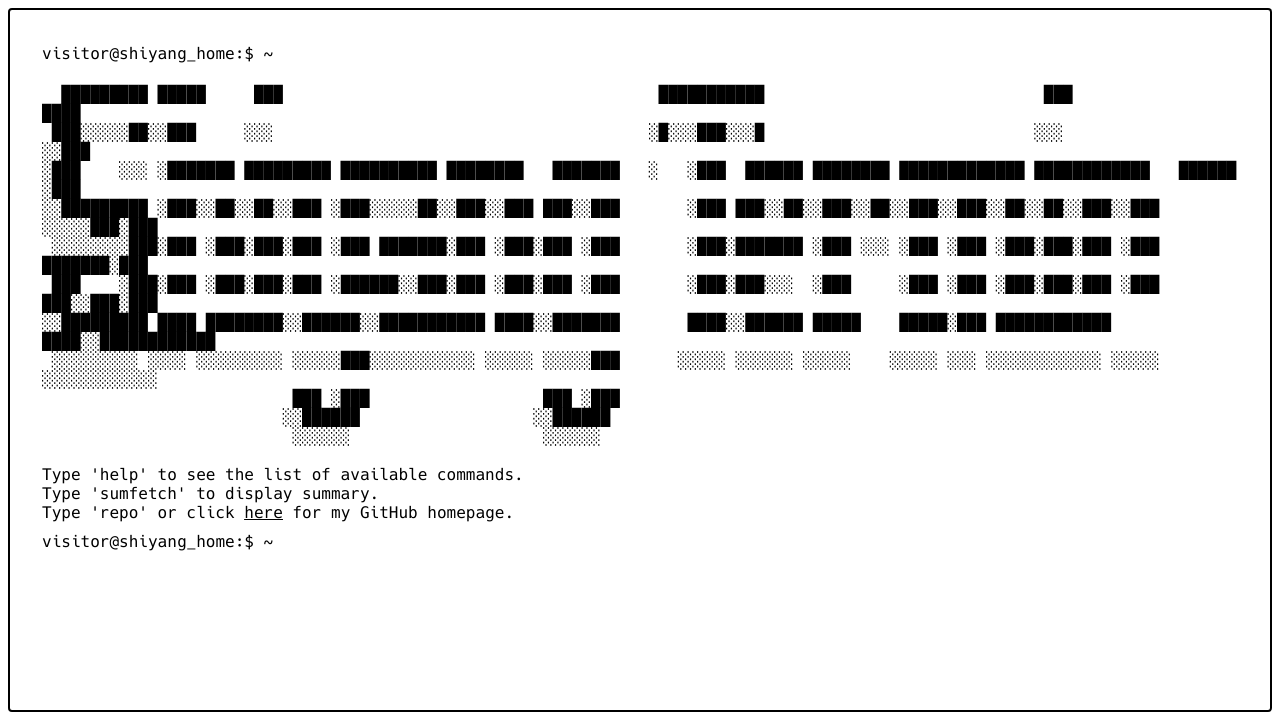
Repository: ShiyangLai/shiyanglai.github.io
Page: /
The author's editor kept a copy of each file at every save. The page is drawn from the files as they stood at one save, then again after the next save.
The browser window is 1280 px wide. The pictures show the whole page.
The project was rebuilt for these pictures with package versions that can differ from the ones it lists, and the page was loaded fresh each time. The framework's server and built-in components were replaced by stand-ins that run in the browser. Also part of the build but not shown: next.config.js, src/utils/bin/commands.ts, src/utils/api.ts, src/utils/bin/api_commands.ts, src/utils/bin/sumfetch.ts.

Above is the page before, as saved 2024-04-15 15:35:11.

### config.json
{
  "readmeUrl": "https://raw.githubusercontent.com/ShiyangLai/shiyanglai.github.io/master/src/pages/readme.txt",
  "title": "Shiyang's Terminal",
  "name": "shiyang (lucas) lai",
  "ascii": "shiyang",
  "social": {
    "github": "github",
    "linkedin": "shiyang-lai-230365213",
    "linedin_name": "shiyang-lai"
  },
  "email": "shiyanglai@uchicago.edu",
  "ps1_hostname": "shiyang_home",
  "ps1_username": "visitor",
  "repo": "https://github.com/ShiyangLai",
  "google_scholar": "https://scholar.google.com/citations?user=qALDmfcAAAAJ&hl=en",
  "resume_url": "",
  "colors": {
    "dark": {
      "terminal.background":"#FEFBEC",
      "terminal.foreground":"#6E6B5E",
      "terminalCursor.background":"#6E6B5E",
      "terminalCursor.foreground":"#6E6B5E",
      "terminal.ansiBlack":"#FEFBEC",
      "terminal.ansiBlue":"#6684E1",
      "terminal.ansiBrightBlack":"#999580",
      "terminal.ansiBrightBlue":"#6684E1",
      "terminal.ansiBrightCyan":"#1FAD83",
      "terminal.ansiBrightGreen":"#60AC39",
      "terminal.ansiBrightMagenta":"#B854D4",
      "terminal.ansiBrightRed":"#D73737",
      "terminal.ansiBrightWhite":"#20201D",
      "terminal.ansiBrightYellow":"#AE9513",
      "terminal.ansiCyan":"#1FAD83",
      "terminal.ansiGreen":"#60AC39",
      "terminal.ansiMagenta":"#B854D4",
      "terminal.ansiRed":"#D73737",
      "terminal.ansiWhite":"#6E6B5E",
      "terminal.ansiYellow":"#AE9513"
    },
    "light": {
      "terminal.background":"#FFFFFF",
      "terminal.foreground":"#333333",
      "terminalCursor.background":"#333333",
      "terminalCursor.foreground":"#333333",
      "terminal.ansiBlack":"#FFFFFF",
      "terminal.ansiBlue":"#795DA3",
      "terminal.ansiBrightBlack":"#969896",
      "terminal.ansiBrightBlue":"#795DA3",
      "terminal.ansiBrightCyan":"#183691",
      "terminal.ansiBrightGreen":"#183691",
      "terminal.ansiBrightMagenta":"#A71D5D",
      "terminal.ansiBrightRed":"#ED6A43",
      "terminal.ansiBrightWhite":"#FFFFFF",
      "terminal.ansiBrightYellow":"#795DA3",
      "terminal.ansiCyan":"#183691",
      "terminal.ansiGreen":"#183691",
      "terminal.ansiMagenta":"#A71D5D",
      "terminal.ansiRed":"#ED6A43",
      "terminal.ansiWhite":"#333333",
      "terminal.ansiYellow":"#795DA3"
    }
  }
}

### src/components/input.tsx
import React from 'react';
import { commandExists } from '../utils/commandExists';
import { shell } from '../utils/shell';
import { handleTabCompletion } from '../utils/tabCompletion';
import { Ps1 } from './Ps1';

export const Input = ({
  inputRef,
  containerRef,
  command,
  history,
  lastCommandIndex,
  setCommand,
  setHistory,
  setLastCommandIndex,
  clearHistory,
}) => {
  const onSubmit = async (event: React.KeyboardEvent<HTMLInputElement>) => {
    const commands: [string] = history
      .map(({ command }) => command)
      .filter((command: string) => command);

    if (event.key === 'c' && event.ctrlKey) {
      event.preventDefault();
      setCommand('');
      setHistory('');
      setLastCommandIndex(0);
    }

    if (event.key === 'l' && event.ctrlKey) {
      event.preventDefault();
      clearHistory();
    }

    if (event.key === 'Tab') {
      event.preventDefault();
      handleTabCompletion(command, setCommand);
    }

    if (event.key === 'Enter' || event.code === '13') {
      event.preventDefault();
      setLastCommandIndex(0);
      await shell(command, setHistory, clearHistory, setCommand);
      containerRef.current.scrollTo(0, containerRef.current.scrollHeight);
    }

    if (event.key === 'ArrowUp') {
      event.preventDefault();
      if (!commands.length) {
        return;
      }
      const index: number = lastCommandIndex + 1;
      if (index <= commands.length) {
        setLastCommandIndex(index);
        setCommand(commands[commands.length - index]);
      }
    }

    if (event.key === 'ArrowDown') {
      event.preventDefault();
      if (!commands.length) {
        return;
      }
      const index: number = lastCommandIndex - 1;
      if (index > 0) {
        setLastCommandIndex(index);
        setCommand(commands[commands.length - index]);
      } else {
        setLastCommandIndex(0);
        setCommand('');
      }
    }
  };

  const onChange = ({
    target: { value },
  }: React.ChangeEvent<HTMLInputElement>) => {
    setCommand(value);
  };

  return (
    <div className="flex flex-row space-x-2">
      <label htmlFor="prompt" className="flex-shrink">
        <Ps1 />
      </label>

      <input
        ref={inputRef}
        id="prompt"
        type="text"
        className={`bg-light-background dark:bg-dark-background focus:outline-none flex-grow ${
          commandExists(command) || command === ''
            ? 'text-dark-green'
            : 'text-dark-red'
        }`}
        value={command}
        onChange={onChange}
        autoFocus
        onKeyDown={onSubmit}
        autoComplete="off"
        spellCheck="false"
      />
    </div>
  );
};

export default Input;

### src/components/history/History.tsx
import React from 'react';
import { History as HistoryInterface } from './interface';
import { Ps1 } from '../Ps1';

export const History: React.FC<{ history: Array<HistoryInterface> }> = ({
  history,
}) => {
  return (
    <>
      {history.map((entry: HistoryInterface, index: number) => (
        <div key={entry.command + index}>
          <div className="flex flex-row space-x-2">
            <div className="flex-shrink">
              <Ps1 />
            </div>

            <div className="flex-grow">{entry.command}</div>
          </div>

          <p
            className="whitespace-pre-wrap mb-2"
            style={{ lineHeight: 'normal' }}
            dangerouslySetInnerHTML={{ __html: entry.output }}
          />
        </div>
      ))}
    </>
  );
};

export default History;

Loaded but not shown: src/pages/_app.tsx (common file); src/pages/index.tsx (common file); src/styles/global.css (common file); src/components/history/hook.ts (common file); src/utils/bin/index.ts (common file); src/utils/commandExists.ts (common file); src/utils/shell.ts (common file); src/utils/tabCompletion.ts (common file); src/components/Ps1.tsx (common file); tailwind.config.js (common file)

After the next save:
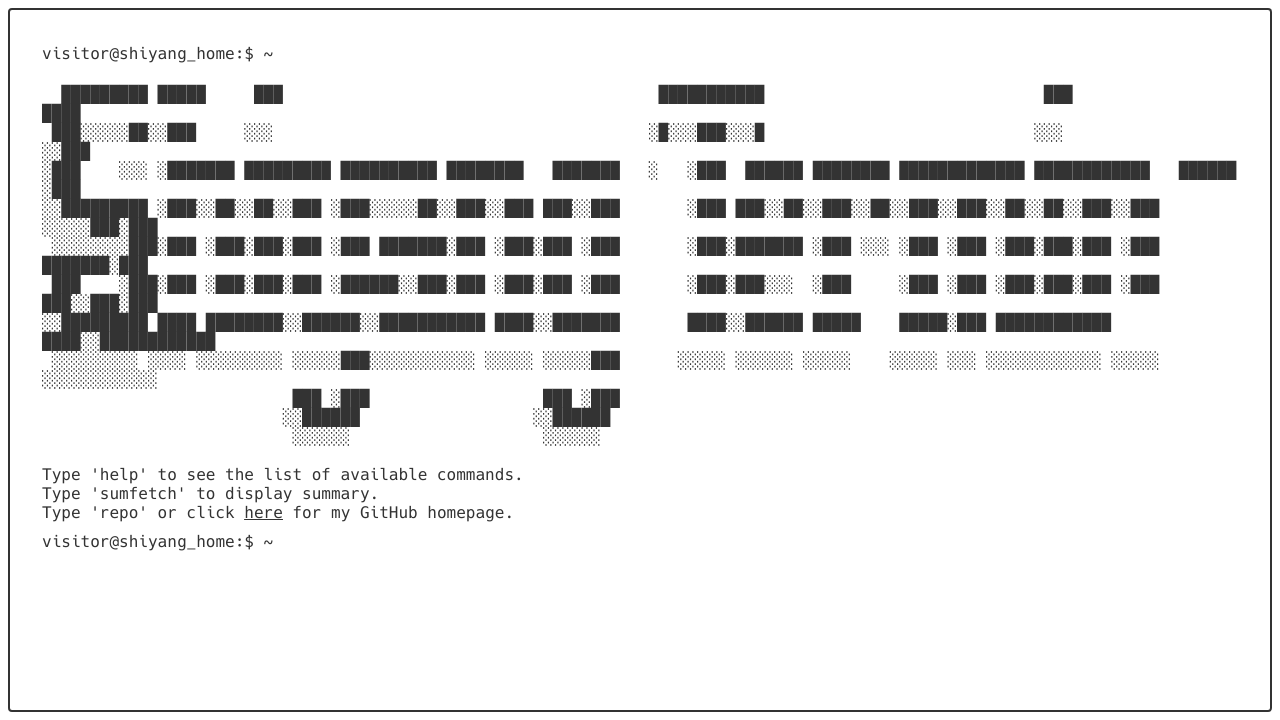
Saved 7 s later.
--- a/config.json
+++ b/config.json
@@ -38,8 +38,8 @@
       "terminal.ansiYellow":"#AE9513"
     },
     "light": {
-      "terminal.background":"#FFFFFF",
-      "terminal.foreground":"#333333",
+      "background":"#FFFFFF",
+      "foreground":"#333333",
       "terminalCursor.background":"#333333",
       "terminalCursor.foreground":"#333333",
       "terminal.ansiBlack":"#FFFFFF",
